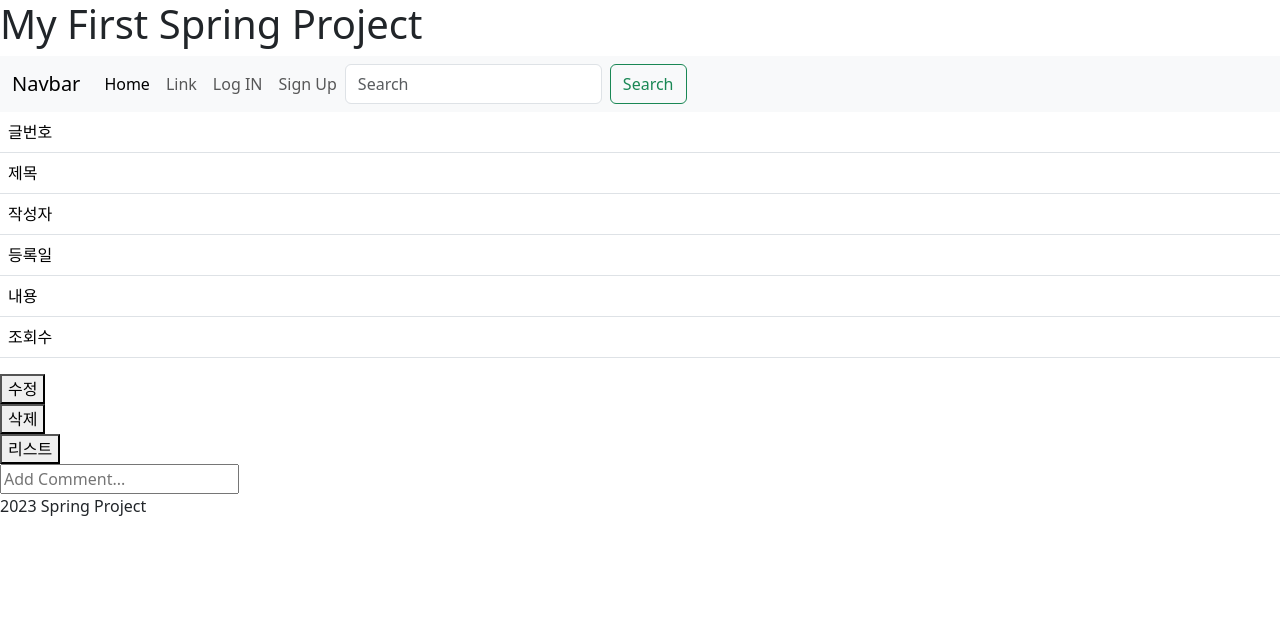
Repository: gatsby5959/_springTest
Page: http://localhost/spring-Test/WEB-INF/views/board/detail.jsp
The author's editor kept a copy of each file at every save. The page is drawn from the files as they stood at one save, then again after the next save.
The browser window is 1280 px wide. The pictures show the whole page.
The page is served by Tomcat 9. Nobody is signed in. Other server files are loaded and not shown. The template is opened directly, without the code that normally fills it, so the values that code supplies are empty.

Above is the page before, as saved 2023-10-10 11:37:37.

### spring-Test/src/main/webapp/WEB-INF/views/board/detail.jsp
<%@ page language="java" contentType="text/html; charset=UTF-8"
    pageEncoding="UTF-8"%>
<%@ taglib uri="http://java.sun.com/jsp/jstl/core" prefix="c" %>
<!DOCTYPE html>
<html>
<head>
    <meta charset="UTF-8">
    <title>Insert title here</title>
</head>
<body>

<jsp:include page="../layout/header.jsp"></jsp:include>
<table class="table table-hover">
    <thead>
        <!--
        <tr>
            <th>#</th>
            <th>제목</th>
            <th>작성자</th>
            <th>작성일</th>
            <th>내용</th>
            <th>조회수</th>
        </tr>
        -->
    </thead>
    <tbody>
        <tr>
            <td>글번호</td>
            <td>${bvo.bno}</td>
        </tr>
        <tr>
            <td>제목</td>
            <td>${bvo.title}</td>
        </tr>
        <tr>
            <td>작성자</td>
            <td>${bvo.writer}</td>
        </tr>
        <tr>
            <td>등록일</td>
            <td>${bvo.registerDate}</td>
        </tr>
        <tr>
            <td>내용</td>
            <td>${bvo.content}</td>
        </tr>
        <tr>
            <td>조회수</td>
            <td>${bvo.read_count}</td>
        </tr>
    </tbody>
</table>
<a href="/board/modify?bno=${bvo.bno}"><button>수정</button></a> <br>

<a href="/board/remove?bno=${bvo.bno}"><button>삭제</button></a> <br>

<a href="/board/list/"><button>리스트</button></a>

<!-- 댓글 라인S -->
<div>
	<!-- 댓글 작성 라인 -->
	<div>
		<span id="cmtWriter">${ses.id }</span>
		<input type="text" id="cmtText" placeholder="Add Comment...">
	</div>
	<!-- 댓글 표시 라인 -->
	<div></div>
</div>
<!-- 댓글 라인E -->



<jsp:include page="../layout/footer.jsp"></jsp:include>

</body>
</html>

### spring-Test/src/main/webapp/WEB-INF/views/layout/header.jsp
<%@ page language="java" contentType="text/html; charset=UTF-8"
    pageEncoding="UTF-8"%>
<%@ taglib uri="http://java.sun.com/jsp/jstl/core" prefix="c" %>
<!DOCTYPE html>
<html>
<head>
<meta charset="UTF-8">
<link href="https://cdn.jsdelivr.net/npm/bootstrap@5.3.1/dist/css/bootstrap.min.css" rel="stylesheet" integrity="sha384-4bw+/aepP/YC94hEpVNVgiZdgIC5+VKNBQNGCHeKRQN+PtmoHDEXuppvnDJzQIu9" crossorigin="anonymous">
<script src="https://cdn.jsdelivr.net/npm/bootstrap@5.3.1/dist/js/bootstrap.bundle.min.js" integrity="sha384-HwwvtgBNo3bZJJLYd8oVXjrBZt8cqVSpeBNS5n7C8IVInixGAoxmnlMuBnhbgrkm" crossorigin="anonymous"></script>
<title>Insert title here</title>

</head>
<body>
<h1> My First Spring Project </h1>

<nav class="navbar navbar-expand-lg bg-body-tertiary">
  <div class="container-fluid">
    <a class="navbar-brand" href="#">Navbar</a>
    <button class="navbar-toggler" type="button" data-bs-toggle="collapse" data-bs-target="#navbarSupportedContent" aria-controls="navbarSupportedContent" aria-expanded="false" aria-label="Toggle navigation">
      <span class="navbar-toggler-icon"></span>
    </button>
    <div class="collapse navbar-collapse" id="navbarSupportedContent">
      <ul class="navbar-nav me-auto mb-2 mb-lg-0">

        <c:if test="${ses.id eq null}">
        <li class="nav-item">
          <a class="nav-link active" aria-current="page" href="/">Home</a>
        </li>
        <li class="nav-item">
          <a class="nav-link" href="#">Link</a>
        </li>
<!--         <li class="nav-item dropdown"> -->
<!--           <a class="nav-link dropdown-toggle" href="#" role="button" data-bs-toggle="dropdown" aria-expanded="false"> -->
<!--             Dropdown -->
<!--           </a> -->
<!--           <ul class="dropdown-menu"> -->
<!--             <li><a class="dropdown-item" href="#">Action</a></li> -->
<!--             <li><a class="dropdown-item" href="#">Another action</a></li> -->
<!--             <li><hr class="dropdown-divider"></li> -->
<!--             <li><a class="dropdown-item" href="#">Something else here</a></li> -->
<!--           </ul> -->
<!--         </li> -->
        <li class="nav-item">
          <a class="nav-link" href="/member/login">Log IN</a>
        </li>
<!--         <li class="nav-item"> -->
<!--           <a class="nav-link" href="#">Log OUT</a> -->
<!--         </li> -->
        <li class="nav-item">
          <a class="nav-link" href="/member/signup">Sign Up</a>
        </li>

<!--         <li class="nav-item"> -->
<!--           <a class="nav-link" href="/board/register">REG</a> 컨트롤러board의 register로 가라 -->
<!--         </li> -->

<!--         <li class="nav-item"> -->
<!--           <a class="nav-link" href="/board/list">Board List</a> -->
<!--         </li> -->
      </c:if>

      <c:if test="${ses.id ne null}">
      <li class="nav-item">
          <a class="nav-link active" aria-current="page" href="/">Home</a>
        </li>
        <li class="nav-item">
          <a class="nav-link" href="#">Link</a>
        </li>
        <li class="nav-item">
          <a class="nav-link" href="/member/logout">Log OUT</a>
        </li>
        <li class="nav-item">
          <a class="nav-link" href="/board/register">REG</a> <!-- 컨트롤러board의 register로 가라 -->
        </li>
        <li class="nav-item">
          <a class="nav-link" href="/board/list">Board List</a>
        </li>
        <li class="nav-item">
        <a class="nav-link" href="/member/modify"> 접속중인 아이디   ${ses.id}  ,  (이메일: ${ses.email} ) ses.pw  welcome~!!</a>
		</li>
      </ul>
      </c:if>


      <form class="d-flex" role="search">
        <input class="form-control me-2" type="search" placeholder="Search" aria-label="Search">
        <button class="btn btn-outline-success" type="submit">Search</button>
      </form>
    </div>
  </div>
</nav>

### spring-Test/src/main/webapp/WEB-INF/views/layout/footer.jsp
<%@ page language="java" contentType="text/html; charset=UTF-8"
    pageEncoding="UTF-8"%>

<div>
2023 Spring Project
</div>
</body>
</html>

After the next save:
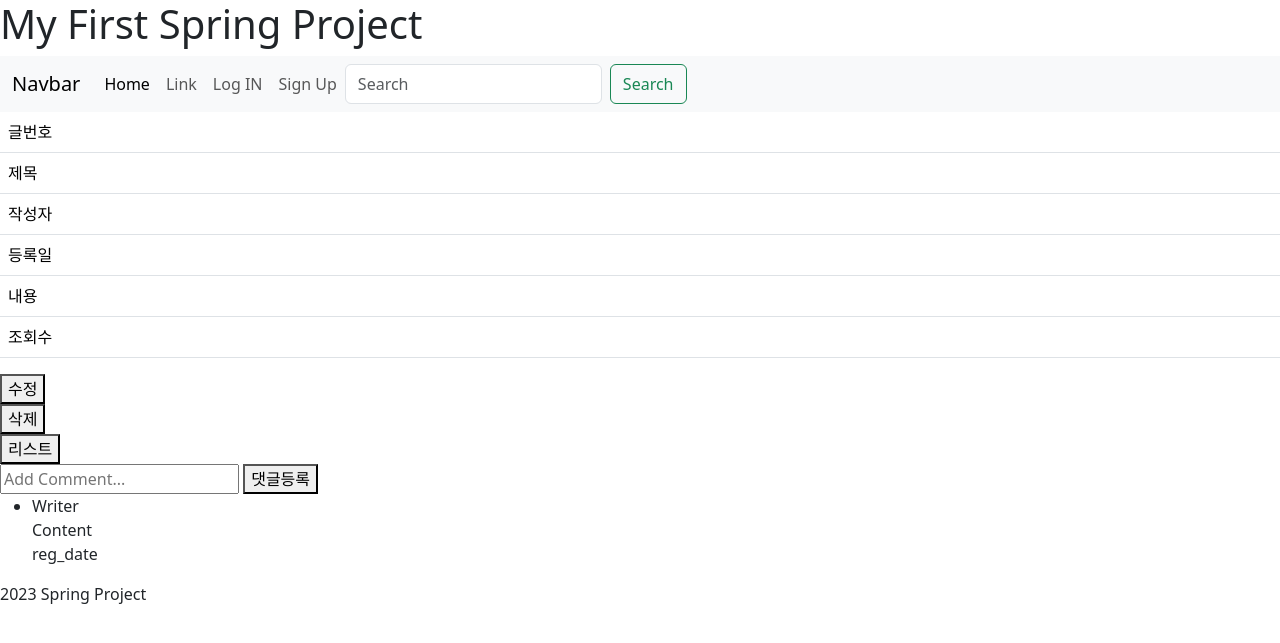
Saved 2 min 20 s later.
--- a/spring-Test/src/main/webapp/WEB-INF/views/board/detail.jsp
+++ b/spring-Test/src/main/webapp/WEB-INF/views/board/detail.jsp
@@ -62,9 +62,21 @@
 	<div>
 		<span id="cmtWriter">${ses.id }</span>
 		<input type="text" id="cmtText" placeholder="Add Comment...">
+		<button type="button" id = "cmtPostBtn">댓글등록</button>
 	</div>
+
 	<!-- 댓글 표시 라인 -->
-	<div></div>
+	<div>
+		<ul id="cmtListArea">
+			<li>
+				<div>
+					<div>Writer</div>
+					Content
+				</div>
+				<span>reg_date</span>
+			</li>
+		</ul>
+	</div>
 </div>
 <!-- 댓글 라인E -->
 
